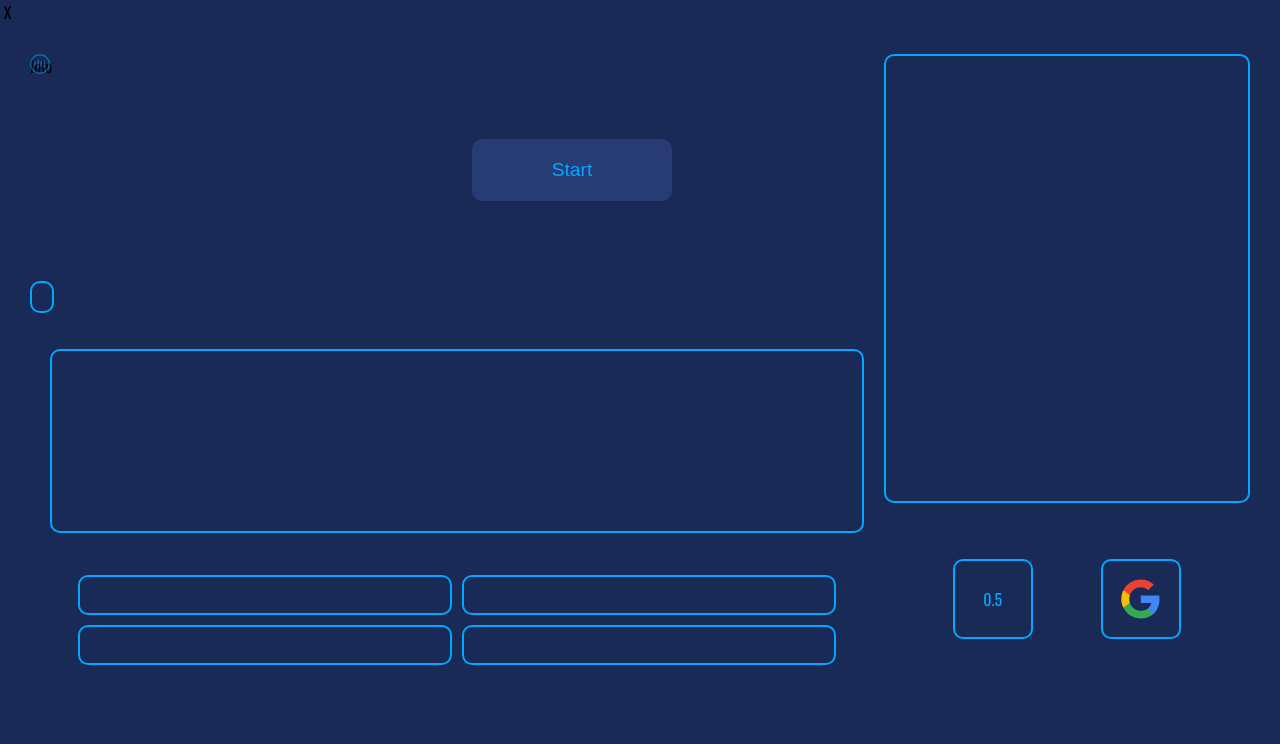
Repository: abdelrahmanahmed20021/Quiz-Platform
Page: index.html
These files come from the project's save history. The page is drawn as it stood at one moment and after the next save; the edit follows.
The browser window is 1280 px wide. The pictures show the whole page.

Above is the page before, as saved 2023-01-11 17:41:53.
Console error: TypeError: Cannot read properties of null (reading 'addEventListener')

### index.html
<!DOCTYPE html>
<html lang="en">

    <head>
        <!-- ======== Meta =========== -->
        <meta charset="UTF-8">
        <meta http-equiv="X-UA-Compatible" content="IE=edge">
        <meta name="viewport" content="width=device-width, initial-scale=1.0">
        <title>Question || Platform</title>
        <!-- ======== Links =========== -->
        <link rel="stylesheet" href="./styles/index.css">
        <link rel="stylesheet" href="./styles/responsive.css">
        <!-- ======== Links =========== -->
    </head>

    <body>
        <div id="poper_img hide_poper">
            <img class="src_quesion_img" src="" alt="">
            <span class="poper_deleter">X</span>
        </div>
        <section>
            <div class="audio_cotroll">
                <audio src="./assets/1.mp3" class="audio" loop></audio>
                <img src="./assets/play.svg" alt="">
                <img src="./assets/stop.svg" class="active" alt="">
            </div>
            <div class="info">Info</div>
            <div class="container_1">
                <div class="start_btn flex">
                    <button class="description hidde_animate_btn">See Explanation</button>
                    <button id="start_quest" class="hover">Start</button>
                </div>
                <span class="quest_index border"></span>
                <div class="quest_content">
                    <div class="quset_cont flex border"></div>
                    <div class="box flex">
                        <div class="answers flex">
                            <span class="answer border hover" answer='a'></span>
                            <span class="answer border hover" answer='b'></span>
                            <span class="answer border hover" answer='c'></span>
                            <span class="answer border hover" answer='d'></span>
                        </div>
                    </div>
                </div>
            </div>

            <div class="container_2">
                <div class="quest_index_num border flex"></div>
                <div class="icons_helper flex">
                    <div class="remove_2 border flex hover">0.5</div>
                    <div class="google border hover flex"><img src="./assets/Google.svg" alt="" width="60px"></div>
                </div>
            </div>
        </section>
        <script type="module" src="./script/index.js"></script>
    </body>

</html>

### styles/index.css
/* ========= Import || Font ||  ========= */
@import url('https://fonts.googleapis.com/css2?family=Oswald:wght@200;300;400;500;600;700&display=swap');
/* ========= Import || Font ||  ========= */




/* ========= Set || Variables ||  ========= */
:root {
    --mainColor: #192a56;
    --primaryColor: #273c75;
    --lightColor: #00a8ff;
    --greenColor: #e1b12c;
    --redColor: #487eb0;
    --mainFont: 'Oswald', sans-serif;
    --mainPadding: 40px;
    --primaryPadding: 20px;
    --mainFontSize: 1.2rem;
    --primaryFontSize: .72rem;
    --mainFontWigth: 500;
    --primaryFontWigth: 700;
}

/* ========= Set || Variables ||  ========= */




/* ========= Golbal || Styles ||  ========= */
*>*,
*::after,
*::before {
    padding: 0;
    margin: 0;
    box-sizing: border-box;
    transition: all .5s ease-in-out;
    user-select: none;
    user-zoom: none;
    -webkit-user-drag: none;
}

body {
    background-color: var(--mainColor);
    font-family: var(--mainFont);
}

.flex {
    display: flex;
    align-items: center;
    justify-content: center;
}

.box {
    height: 50%;
}

.border {
    border: 2px solid var(--lightColor);
    border-radius: 10px;
}

.hover:hover {
    background-color: var(--lightColor) !important;
    color: var(--primaryColor) !important;
}

.hover_min_width:active {
    background-color: var(--lightColor) !important;
    color: var(--primaryColor) !important;
}

::-webkit-scrollbar {
    width: 5px;
}

::-webkit-scrollbar-thumb {
    background-color: var(--greenColor);
    border-radius: 10px;
}

/* ========= Golbal || Styles ||  ========= */



/* ========= Main || ElE || Styles ||  ========= */
body>section {
    display: flex;
    height: 100vh;
    padding: 30px;
}

body>section .container_1 {
    width: 70%;
    height: 100%;
}

body>section .container_2 {
    width: 30%;
    height: 100%;
    overflow: hidden;
}

body>section .container_1 .start_btn {
    height: 35%;
    gap: 30px;
}

/* ========= Main || ElE || Styles ||  ========= */

/* ========= Audio || Styles ||  ========= */

body>section>.audio_cotroll {
    position: relative;
}

body>section>.audio_cotroll img {
    top: 0;
    left: 0;
    cursor: pointer;
    position: absolute;
    width: 0;
    height: 0;
    opacity: 0;
}

body>section>.audio_cotroll .active {
    opacity: 1;
    z-index: 100;
    width: auto;
    height: auto;
}

/* ========= Audio || Styles ||  ========= */


/* ========= Container || One || Styles ||  ========= */
body>section .container_1 .start_btn button {
    padding: var(--primaryPadding);
    width: 200px;
    border: 0;
    outline: 0;
    border-radius: 10px;
    font-size: var(--mainFontSize);
    background-color: var(--primaryColor);
    color: var(--lightColor);
    cursor: pointer;
    font-weight: var(--mainFontWigth);
}
body>section .container_1 .start_btn button:hover{
    background-color: var(--lightColor);
    color: var(--mainColor);
}
body>section .container_1 .quest_content {
    height: 65%;
    padding: var(--mainPadding) var(--primaryPadding);
}

body>section .container_1 .quest_content .quset_cont {
    position: relative;
    height: 50%;
    font-size: var(--mainFontSize);
    color: var(--lightColor);
    background-color: transparent;
    padding: 90px;
}
body > #poper_img{
    background-color: #466bdb46;
    backdrop-filter: blur(10px);
    position: fixed;
    top: 0;
    bottom: 0;
    left: 0;
    right: 0;
    z-index: 1000;
    display: flex;
    justify-content: center;
    align-items: center;
}
body > #poper_img span{
    position: absolute;
    top: 20px;
    left: 20px;
    font-size: 2rem;
    cursor: pointer;
    font-weight: bold;
    font-family: sans-serif;
    color: #e1b12c;
}
body>section .container_1 .quest_index {
    padding: 2px 10px;
    font-size: 16px;
    color: var(--lightColor);
}

body>section .container_1 .quest_content .answers {
    width: 100%;
    justify-content: center;
    flex-wrap: wrap;
}

body>section .container_1 .quest_content .answers span {
    width: 46%;
    margin: 5px;
    min-height: 40px;
    text-align: center;
    padding: 5px 0;
    cursor: pointer;
    color: var(--lightColor);
}


/* ========= Container || One || Styles ||  ========= */




/* ========= Container || Two || Styles ||  ========= */
body>section .container_2 .quest_index_num {
    justify-content: space-between;
    flex-direction: column-reverse;
    min-height: 68%;
    max-height: 68%;
    padding-bottom: 400px;
    margin-bottom: 30px;
    overflow: auto;
}


body>section .container_2 .quest_index_num p {
    display: block;
    width: 100%;
    text-align: center;
    color: var(--primaryColor);
}

body>section .container_2 .quest_index_num .correct_answer {
    background-color: transparent !important;
    color: var(--greenColor) !important;
}

body>section .container_2 .quest_index_num .falsey_answer {
    background-color: transparent !important;
    color: var(--primaryColor) !important;
}

body>section .container_2 .icons_helper {
    justify-content: space-evenly;
    height: 20%;
}

body>section .container_2 .icons_helper .remove_2 {
    width: 80px;
    height: 80px;
    cursor: pointer;
    color: var(--lightColor);
}

body>section .container_2 .icons_helper .google {
    cursor: pointer;
    width: 80px;
    height: 80px;
}

/* ========= Container || Two || Styles ||  ========= */

/* ========= Actives || Class || Styles ||  ========= */
.active_point_quest {
    color: var(--lightColor) !important;
    font-weight: var(--primaryFontWigth);
    font-size: var(--mainFontSize);
}

.falsey_answer {
    background-color: var(--redColor) !important;
    color: var(--lightColor) !important;
}
.falsey_answer_p{
    color: red !important;
}
.correct_answer {
    background-color: var(--greenColor) !important;
    color: var(--lightColor) !important;
}

.hidde_animate_btn {
    transform: scale(0);
    width: 0;
}
.info{
    position: absolute;
}
.hide_poper{
    display: none;
}

/* ========= Actives || Class || Styles ||  ========= */

### styles/responsive.css
/* ===========  Tablets || Sizes  =============== */
/* =============== Sm ================ */
@media screen and (min-width:360px) and (max-width:960px) {
    :root {
        --mainPadding: 20px;
        --primaryPadding: 10px;
        --mainFontSize: 1rem;
        --mainFontWigth: 400;
        --primaryFontWigth: 500;
    }

    body>section {
        flex-direction: column;
        padding: 20px 10px;
    }

    body>section .container_1 {
        width: 100%;
        height: 70%;

    }

    body>section .container_1 .start_btn {
        height: 20%;
    }

    body>section .container_2 {
        width: 100%;
        height: 30%;
    }

    body>section .container_2 .quest_index_num {
        min-height: 58%;
        max-height: 58%;
        padding-bottom: 0;
        padding-left: 400px;
    }

    body>section .container_2 .icons_helper {
        justify-content: space-between;
    }

    body>section .container_1 .quest_content .quset_cont {
        padding: 40px;
    }

    body>section .container_1 .quest_content .answers span {
        font-size: var(--primaryFontSize);
        font-weight: var(--primaryFontWigth);
    }

    body>section .container_2 .icons_helper .remove_2 {
        width: 60px;
        height: 60px;
    }

    body>section .container_2 .icons_helper .google {
        width: 60px;
        height: 60px;
    }

}

/* =============== Sm ================ */
/* ===========  Tablets || Sizes  =============== */

### script/index.js
import { data } from './../auth/data.js';
//============= Set || Nodes || ==================>
const audio = document.querySelector('.audio');
const start_quest = document.querySelector('#start_quest');
const quset_cont = document.querySelector('.quset_cont');
const quest_index = document.querySelector('.quest_index');
const answer = document.querySelector('.answers');
const quest_index_num = document.querySelector('.quest_index_num');
const remove_2 = document.querySelector('.remove_2');
const google = document.querySelector('.google');
const answers = document.querySelectorAll('.answer');
const audio_cotroll_img = document.querySelectorAll('.audio_cotroll img');
const description = document.querySelector(".description");
const src_quesion_img = document.querySelector(".src_quesion_img");
const poper_img = document.querySelector("#poper_img");
const poper_img_head = document.querySelector("#poper_img h1");
const poper_deleter = document.querySelector(".poper_deleter");
const black_btn = document.querySelector(".black-btn");
const poper_appender = document.querySelector(".poper_appender");
const black_wolf = document.querySelector(".black-wolf");
const quest_index_answer = document.querySelector(".quest_index_answer");
const sec_screen = document.querySelector(".sec_screen");
const full_screen = document.querySelector(".full_screen");
let start = 0;
let answer_data;
let right_answers = 0;
let unRight_answers = 0;
//============= Set || Nodes || ==================>
//======= Set || classes || =======>
class DrawUi {
    constructor(data, index) {
        this.data = data;
        this.index = index;
        this.state = true;
    }
    //======= Draw || All ||  Content || Ui =======>
    draw() {
        if (this.data != undefined && this.index != undefined) {
            this.stop_Quiz(this.data);
            if (this.state) {
                this.draw_Quest(this.data);
                this.draw_Quest_line(this.data);
            }
        }
        else {
            console.warn('please Enter data src and index of start');
        }
    }
    //======= Draw || All ||  Content || Ui =======>
    //======= Draw || Questions || Answers =======>
    draw_Quest(values) {
        let recust = ['a', 'b', 'c', 'd'];
        quset_cont.innerHTML = `<p>${values[this.index].quest}</p>`;
        src_quesion_img.src = `${values[this.index].img}`;
        if (values[this.index].img != "") {
            poper_img_head.innerText = "";
        }
        else {
            poper_img_head.innerText = "No Image At This Question";
        }
        answers.forEach((ele, index) => {
            ele.innerText = values[this.index][recust[index]];
        });
        quest_index.innerText = `Question : ${this.index + 1}`;
        quest_index_answer.innerText = `SCORE : ${right_answers} / ${values.length}`;
    }
    //======= Draw || Questions || Answers =======>
    //======= Draw || Questions || Lines =======>
    draw_Quest_line(values) {
        const quest_index_num_elements = quest_index_num.children;
        if (quest_index_num_elements.length == 0) {
            values.forEach((ele, index) => {
                quest_index_num.innerHTML += `<p>Q.${index + 1}</p>`;
            });
        }
        Array.from(quest_index_num_elements).forEach(ele => {
            ele.classList.remove('active_point_quest');
        });
        quest_index_num_elements[this.index].classList.add('active_point_quest');
    }
    //======= Draw || Questions || Lines =======>
    //======= Check || Index || Stop "Quiz" =======>
    stop_Quiz(values) {
        if (this.index > values.length - 1) {
            this.state = false;
        }
    }
}
class Checker {
    constructor() {
        this.darwer = new DrawUi(data, start);
        this.quest_index_num = quest_index_num.children;
    }
    //======= Check || All ||  Content || Answers =======>
    main_checker(ele) {
        this.answer_check(this.darwer.data);
        this.line_check(this.darwer.data, ele);
        this.Repeat(this.darwer.data);
    }
    //======= Check || All ||  Content || Answers =======>
    //======= Set|| All ||  Content || Answers =======>
    set_answers(data, state, statement) {
        if (state) {
            answers.forEach(ele => {
                if (ele.getAttribute('answer') != data[this.darwer.index].answer) {
                    ele.classList.add('falsey_answer');
                }
                else {
                    ele.classList.add('correct_answer');
                }
                if (statement) {
                    setTimeout(() => {
                        ele.classList.remove('falsey_answer');
                        ele.classList.remove('correct_answer');
                    }, 1200);
                }
            });
        }
    }
    //======= Set|| All ||  Content || Answers =======>
    //======= Set || All ||  Styles || Answers =======>
    answer_check(data) {
        if (this.darwer.index < data.length && this.darwer.index != data.length - 1) {
            this.set_answers(data, true, true);
        }
        else {
            this.set_answers(data, true, false);
        }
        setTimeout(() => {
            this.darwer.draw();
        }, 1200);
    }
    //======= Set || All ||  Styles || Answers =======>
    //======= Set || All ||  Styles || Answers || Lines =======>
    line_check(data, ele) {
        if (this.darwer.index < data.length) {
            if (ele.getAttribute('answer') == data[this.darwer.index].answer) {
                this.quest_index_num[this.darwer.index].classList.add('correct_answer');
                this.darwer.index++;
                right_answers++;
            }
            else {
                this.quest_index_num[this.darwer.index].classList.add('falsey_answer_p');
                this.darwer.index++;
                unRight_answers++;
            }
        }
    }
    //======= Set || All ||  Styles || Answers || Lines =======>
    //======= Reapet_Quiz || =======>
    Repeat(data) {
        if (this.darwer.index == data.length) {
            start_quest.classList.remove('hidde_animate_btn');
            description === null || description === void 0 ? void 0 : description.classList.remove("description_hidde");
            start_quest.innerText = 'Repeat';
            start_quest.addEventListener('click', () => {
                location.reload();
            });
        }
    }
}
class Delet {
    constructor(ele, data, index) {
        this.ele = ele;
        this.data = data;
        this.index = index;
    }
    swper() {
        if (this.ele.innerText == '0.5') {
            this.get_data();
        }
        else {
            window.open('https://google.com/');
        }
    }
    get_data() {
        this.delete(data);
    }
    delete(data) {
        if (quset_cont.innerText != '') {
            let falsey_data = [];
            Array.from(answers).filter((ele, index) => {
                if (ele.getAttribute('answer') != data[this.index].answer) {
                    falsey_data.push(index);
                }
            });
            answers[falsey_data[0]].innerText = '';
            answers[falsey_data[1]].innerText = '';
        }
    }
}
//======= Set || classes || =======>
//======= Start || Quiz || App =======>
start_quest.addEventListener('click', start_app);
function start_app(e) {
    if (sec_screen.requestFullscreen) {
        sec_screen.requestFullscreen();
        full_screen.innerText = "Close the full page Mode";
    }
    //======= Audio || Controls =======>
    audio.play();
    audio_cotroll_img[1].classList.remove('active');
    audio_cotroll_img[0].classList.add('active');
    //======= Audio || Controls =======>
    //======= Draw || Ui || Class =======>
    const play = new DrawUi(data, start);
    play.draw();
    //======= Draw || Ui || Class =======>
    //======= Checker || In || Chossen =======>
    const chek = new Checker();
    answers.forEach(ele => {
        ele.addEventListener('click', (e) => {
            chek.main_checker(e.target);
            quest_index_num.scrollTop = -45 * (unRight_answers + right_answers);
        });
    });
    //======= Checker || In || Chossen =======>
    //======= Delet || Button || And Event =======>
    e.target.classList.add("hidde_animate_btn");
    e.target.removeEventListener('click', start_app);
    //======= Delet || Button || And Event =======>
    //======= Remove || Two || Answers =======>
    remove_2.addEventListener("click", (e) => {
        const deleter = new Delet(e.target, chek.darwer.data, chek.darwer.index);
        deleter.swper();
    });
    //======= Remove || Two || Answers =======>
    //===== Simple || Animate ========>
    quest_index_num.style.padding = '0';
}
//======= Start || Quiz || App =======>
//======= Audio || Controller || App =======>
audio_cotroll_img.forEach(ele => {
    ele.addEventListener('click', () => {
        if (audio.paused) {
            audio_cotroll_img[1].classList.remove('active');
            audio_cotroll_img[0].classList.add('active');
            audio.play();
        }
        else if (!audio.paused) {
            audio_cotroll_img[1].classList.add('active');
            audio_cotroll_img[0].classList.remove('active');
            audio.pause();
        }
    });
});
//======= Audio || Controller || App =======>
//========= Handel  || Hover  || Effect  || in  || Small  || Deveices ||  ============>
window.addEventListener('resize', () => {
    if (window.innerWidth < 961) {
        const hover = document.querySelectorAll('.hover');
        hover.forEach(ele => {
            ele.classList.add('hover_2');
            ele.classList.remove('hover');
        });
        console.warn('resized to small delet hover');
    }
    else {
        const hover_2 = document.querySelectorAll('.hover_2');
        hover_2.forEach(ele => {
            ele.classList.add('hover');
            ele.classList.remove('hover_2');
        });
        console.warn('resized to Big add hover');
    }
});
//========= Handel  || Hover  || Effect  || in  || Small  || Deveices ||  ============>
poper_deleter === null || poper_deleter === void 0 ? void 0 : poper_deleter.addEventListener("click", () => {
    poper_img.classList.add("hide_poper");
    if (sec_screen.requestFullscreen) {
        sec_screen.requestFullscreen();
    }
});
poper_appender === null || poper_appender === void 0 ? void 0 : poper_appender.addEventListener("click", () => {
    poper_img.classList.remove("hide_poper");
    // if(document.exitFullscreen) {
    //     document.exitFullscreen();
    //   }
});
description === null || description === void 0 ? void 0 : description.addEventListener("click", () => {
    window.location.href = "info.html";
});
black_btn.addEventListener("click", () => {
    black_wolf.style.display = "none";
});
full_screen.addEventListener("click", () => {
    if (full_screen.innerText == "Close the full page Mode") {
        if (document.exitFullscreen) {
            document.exitFullscreen();
            full_screen.innerText = "Active the full page Mode";
        }
    }
    else {
        if (sec_screen.requestFullscreen) {
            sec_screen.requestFullscreen();
            full_screen.innerText = "Close the full page Mode";
        }
    }
});

Loaded but not shown: auth/data.js (318 lines, source omitted)

After the next save:
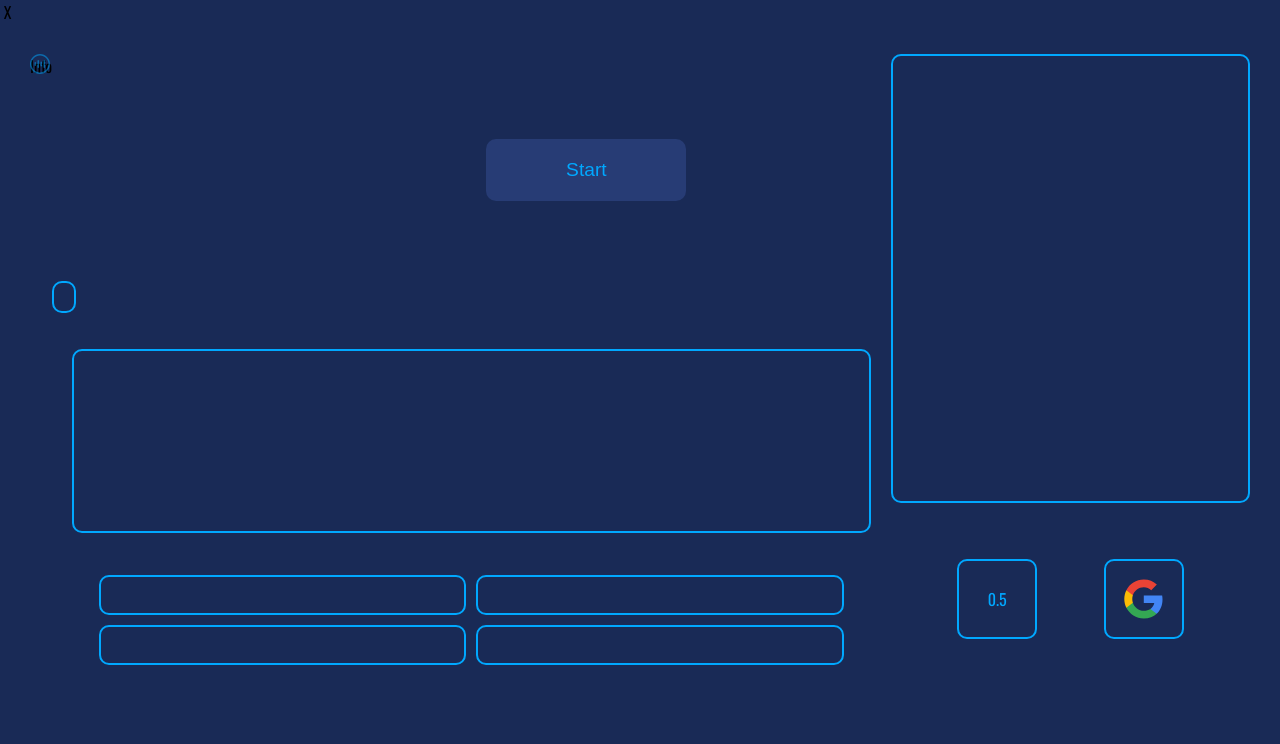
Saved 12 s later.
--- a/styles/index.css
+++ b/styles/index.css
@@ -286,11 +286,6 @@
     transform: scale(0);
     width: 0;
 }
-.info{
-    position: absolute;
-}
-.hide_poper{
-    display: none;
-}
+
 
 /* ========= Actives || Class || Styles ||  ========= */

After the save that followed:
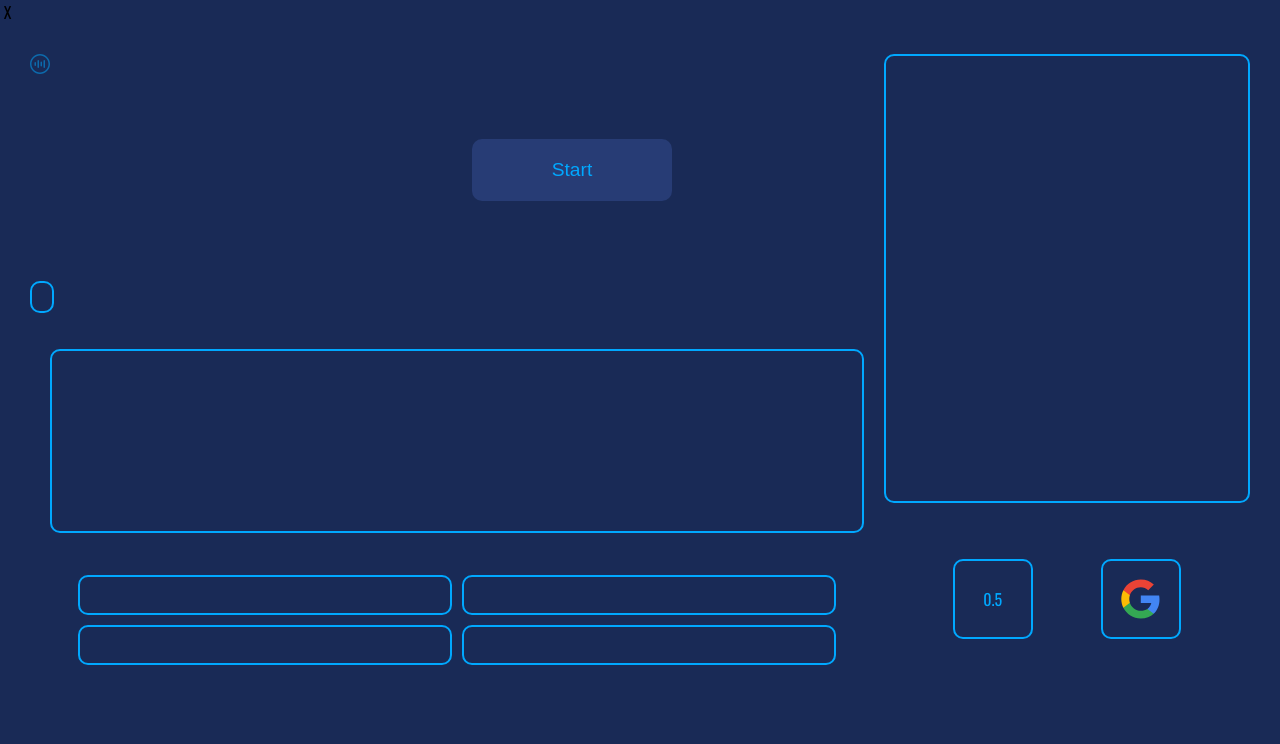
Saved 10 s later.
--- a/index.html
+++ b/index.html
@@ -24,7 +24,7 @@
                 <img src="./assets/play.svg" alt="">
                 <img src="./assets/stop.svg" class="active" alt="">
             </div>
-            <div class="info">Info</div>
+            <!-- <div class="info">Info</div> -->
             <div class="container_1">
                 <div class="start_btn flex">
                     <button class="description hidde_animate_btn">See Explanation</button>
--- a/styles/index.css
+++ b/styles/index.css
@@ -286,6 +286,11 @@
     transform: scale(0);
     width: 0;
 }
-
+.info{
+    position: absolute;
+}
+.hide_poper{
+    display: none;
+}
 
 /* ========= Actives || Class || Styles ||  ========= */
